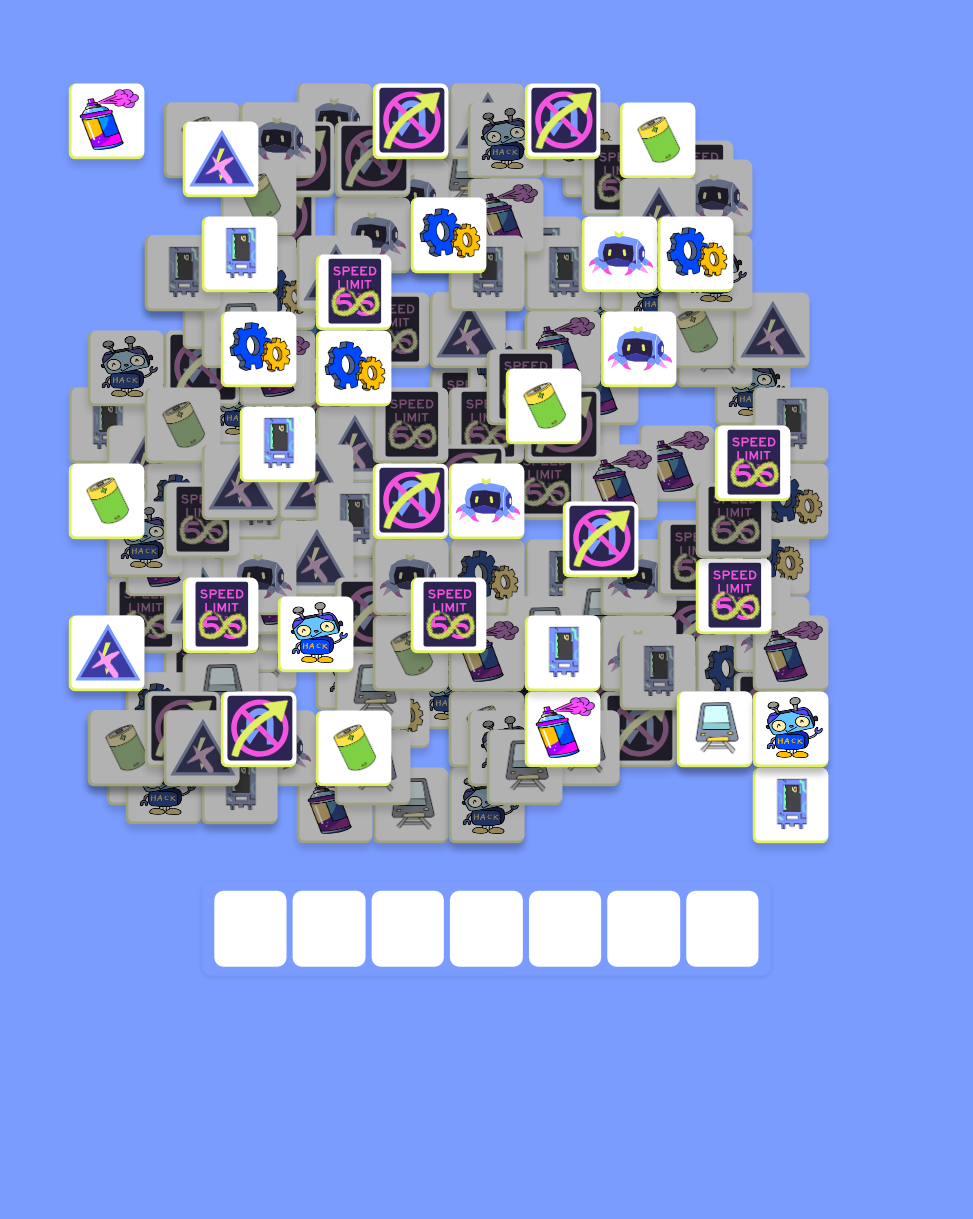
Repository: Avril-Cui/hack-puzzle
Page: / (app in client/)
These files come from the project's save history. The page is drawn as it stood at one moment and after the next save; the edit follows.
The browser window is 1280 px wide. The pictures show the whole page, at 76% of full size.
The project was rebuilt for these pictures with package versions that can differ from the ones it lists, and the page was loaded fresh each time. The framework's server and built-in components were replaced by stand-ins that run in the browser. Also part of the build but not shown: client/next.config.ts.

Above is the page before, as saved 2025-06-11 20:45:59.

### client/app/page.tsx
import Game from "../components/Game";

export default function Home() {
  return (
    <div>
      <Game />
    </div>
  );
}

### client/app/globals.css
@import "tailwindcss";

:root {
  --background: #7A9CFF;
}

@theme inline {
  --color-background: var(--background);
  --color-foreground: var(--foreground);
  --font-sans: var(--font-geist-sans);
  --font-mono: var(--font-geist-mono);
}

@media (prefers-color-scheme: dark) {
  :root {
    --background: #7A9CFF;
  }
}

body {
  background: var(--background);
  color: var(--foreground);
  font-family: Arial, Helvetica, sans-serif;
}

### client/components/Game.tsx
"use client";
import React, { useEffect, useState } from "react";
import styles from "./Game.module.css";

interface Tile {
  id: string;
  x: number;
  y: number;
  status: number; // 0 = unpicked, 1 = in queue
  iconName: string;
}

const CELL_SIZE = 100;
const ICONS = ["🍀", "🌈", "⚙️", "🐏", "🐯", "🐤", "📚", "🧠", "💻", "🐼"];

const PuzzleGame: React.FC = () => {
  const [tiles, setTiles] = useState<Tile[]>([]);
  const [queue, setQueue] = useState<Tile[]>([]);

  useEffect(() => {
    fetch("/scene.json")
      .then((res) => res.json())
      .then((data: Tile[]) => setTiles(data));
  }, []);

  const handleClick = (tile: Tile) => {
    if (queue.length >= 7) return;

    const newQueue = [...queue, tile];
    const sameTiles = newQueue.filter((t) => t.iconName === tile.iconName);

    // If 3 same tiles exist, remove them
    if (sameTiles.length === 3) {
      const newQueueFiltered = newQueue.filter(
        (t) => t.iconName !== tile.iconName
      );
      setQueue(newQueueFiltered);
    } else {
      setQueue(newQueue);
    }

    // Remove the tile from the board
    setTiles((t) => t.filter((x) => x.id !== tile.id));
  };

  // returns true if tile at `idx` is overlapped by any later (higher) tile still in play
  const isCovered = (idx: number) => {
    const cur = tiles[idx];
    if (cur.status !== 0) return false;
    for (let j = idx + 1; j < tiles.length; j++) {
      const other = tiles[j];
      if (other.status !== 0) continue;
      // bounding‐box overlap?
      if (
        !(
          cur.x + CELL_SIZE <= other.x ||
          other.x + CELL_SIZE <= cur.x ||
          cur.y + CELL_SIZE <= other.y ||
          other.y + CELL_SIZE <= cur.y
        )
      ) {
        return true;
      }
    }
    return false;
  };

  const getIconPath = (iconName: string) => {
    const extMap: Record<string, string> = {
      icons0: "svg",
      icons1: "png",
      icons2: "png",
      icons3: "png",
      icons4: "svg",
      icons5: "jpg",
      icons6: "jpg",
      icons7: "jpg",
      icons8: "svg",
      icons9: "svg",
    };
    return `/icons/${iconName}.${extMap[iconName] || "png"}`;
  };

  return (
    <div className={styles.gameContainer}>
      <div className={styles.tileBoard}>
        {tiles.map((tile, idx) => {
          // inactive if picked OR if covered by any tile with a higher array-index
          const inactive = tile.status !== 0 || isCovered(idx);

          return (
            <div
              key={tile.id}
              className={`${styles.tile} ${inactive ? styles.inactive : ""}`}
              style={{
                left: tile.x,
                top: tile.y,
                zIndex: idx, // ensures later array items actually draw on top
              }}
              onClick={() => {
                if (!inactive && queue.length < 7) handleClick(tile);
              }}
            >
              <img
                src={getIconPath(tile.iconName)}
                alt={tile.iconName}
                className={styles.tileInner}
              />
            </div>
          );
        })}
      </div>

      <div className={styles.queueBar}>
        {queue.map((t) => (
          <div key={t.id} className={styles.queueTile}>
            <img
              src={getIconPath(t.iconName)}
              alt={t.iconName}
              className={styles.tileInner}
              style={{ filter: "none", opacity: 1 }}
            />
          </div>
        ))}
        {Array.from({ length: 7 - queue.length }).map((_, i) => (
          <div key={i} className={styles.queueTile} />
        ))}
      </div>
    </div>
  );
};

export default PuzzleGame;

### client/components/Game.module.css
.gameContainer {
  display: flex;
  flex-direction: column;
  align-items: center;
  margin-top: 10em;
  margin-bottom: 20em;
}

.tileBoard {
  position: relative;
  width: 1000px;
  height: 900px;
  background-color: transparent; /* remove green board background */
}

.tile {
  position: absolute;
  width: 100px;
  height: 100px;
  background: white;
  border-radius: 10px;
  font-size: 40px;
  border-left: 4px solid #e1f060;
  border-bottom: 4px solid #e1f060;
  display: flex;
  align-items: center;
  justify-content: center;
  transition: transform 0.2s ease, opacity 0.3s ease;
  box-shadow: 0 8px 10px rgba(0, 0, 0, 0.15);
  cursor: pointer;
}

.tileInner {
  width: 100%;
  height: 100%;
  display: flex;
  justify-content: center;
  align-items: center;
  overflow: hidden;
  padding: 5%; /* optional, for consistent inner margin */
}

.tileInner img {
  max-width: 100%;
  max-height: 100%;
  object-fit: contain;
  pointer-events: none;
}

.covered {
  background: #ccc;
  opacity: 0.4;
  pointer-events: none;
}

.queueBar {
  margin-top: 100px;
  display: flex;
  justify-content: center;
  gap: 12px;
  padding: 12px;
  background: #7A9CFF;
  border-radius: 10px;
  box-shadow: 0 2px 6px rgba(0, 0, 0, 0.1);
}

.queueBar {
  display: flex;
  justify-content: flex-start;
  gap: 8px;
  padding: 12px 16px;
  background-color: #7A9CFF;
  border-radius: 12px;
  width: calc((100px * 7) + (8px * 6)); /* = 748px */
  min-height: 100px; /* same as tile height */
}

.queueTile {
  width: 100px;
  height: 100px;
  background-color: white;
  border-radius: 12px;
  box-shadow: 4px 4px 0 #7A9CFF;
  display: flex;
  align-items: center;
  justify-content: center;
}

.queueTile img {
  width: 100%;
  height: 100%;
  object-fit: contain;
  padding: 8px;
}

.inactive {
  filter: saturate(35%) brightness(70%);
  pointer-events: none;
}

Loaded but not shown: client/app/layout.tsx (common file); client/public/scene.json (2162 lines, source omitted)

After the next save:
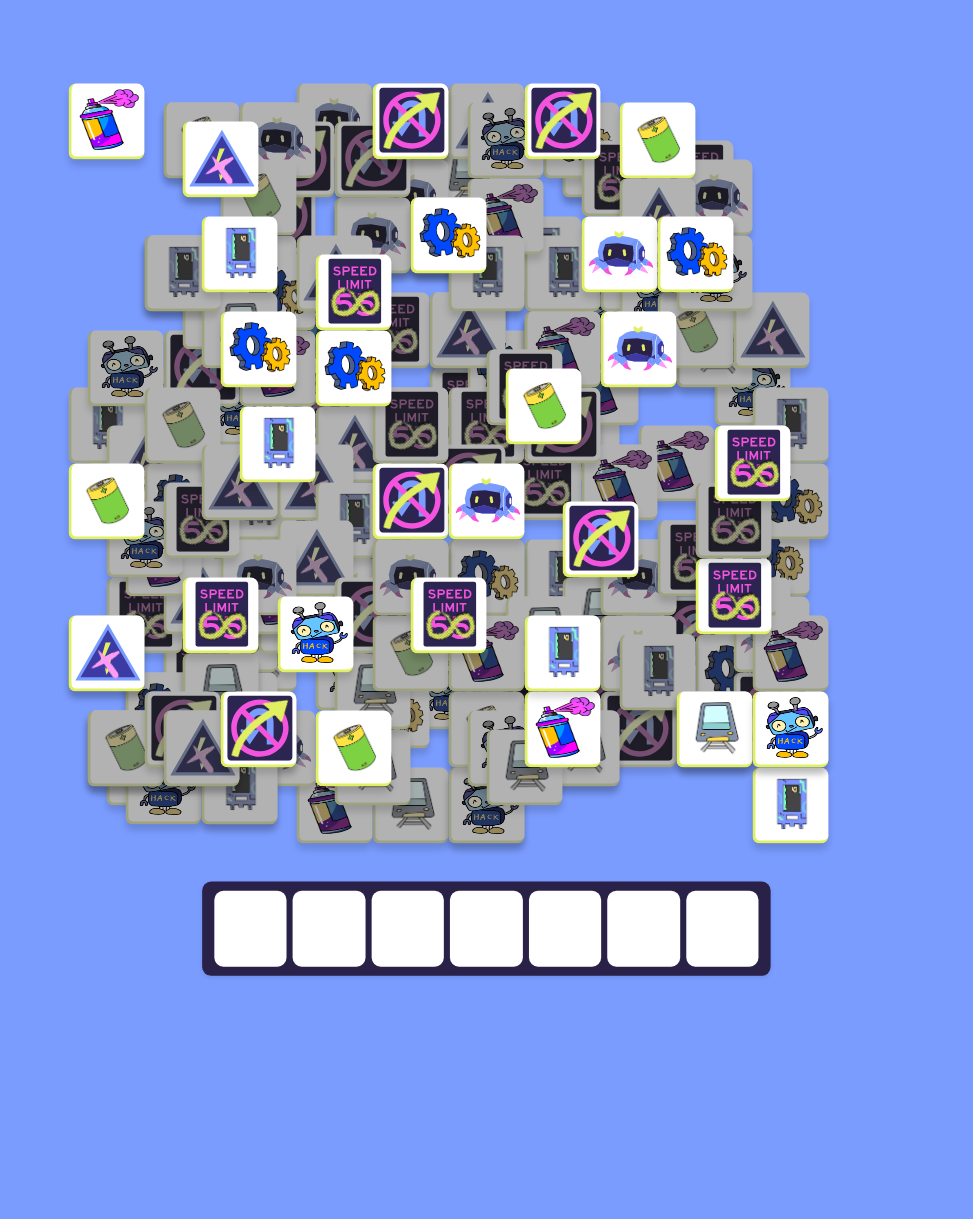
Saved 7 s later.
--- a/client/components/Game.module.css
+++ b/client/components/Game.module.css
@@ -69,7 +69,7 @@
   justify-content: flex-start;
   gap: 8px;
   padding: 12px 16px;
-  background-color: #7A9CFF;
+  background-color: #292148;
   border-radius: 12px;
   width: calc((100px * 7) + (8px * 6)); /* = 748px */
   min-height: 100px; /* same as tile height */
@@ -80,7 +80,7 @@
   height: 100px;
   background-color: white;
   border-radius: 12px;
-  box-shadow: 4px 4px 0 #7A9CFF;
+  box-shadow: 4px 4px 0 #292148;
   display: flex;
   align-items: center;
   justify-content: center;
